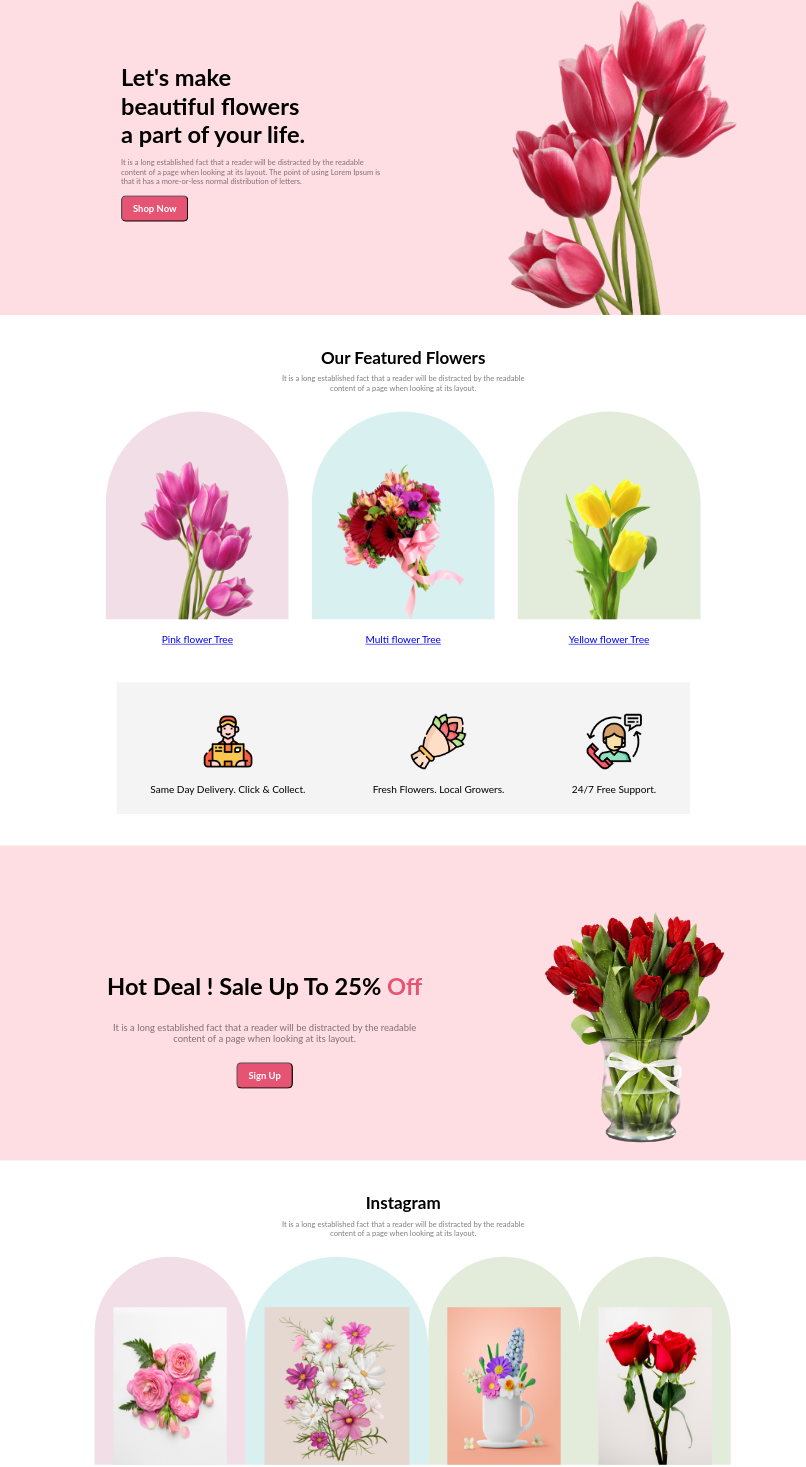
Repository: sadiaafsana138/Flower-Shop_Responsive
Page: index.html
The author's editor kept a copy of each file at every save. The page is drawn from the files as they stood at one save, then again after the next save.
The browser window is 1280 px wide. The pictures show the whole page, at 63% of full size.

Above is the page before, as saved 2023-08-30 05:54:57.

### index.html
<!DOCTYPE html>
<html lang="en">

<head>
    <meta charset="UTF-8">
    <meta name="viewport" content="width=device-width, initial-scale=1.0">
    <title>Flower Shop</title>
    <link rel="stylesheet" href="Flower.css">
</head>

<body>
    <header>
        <section class="Section1">
            <div>
                <div id="HeaderText1">
                    <h1>
                        Let's make<br>beautiful flowers<br>a part of your life.
                    </h1>
                </div>
                <div id="HeaderText2">
                    <p>
                        It is a long established fact that a reader will be distracted by the readable<br>content of a
                        page when looking at its layout. The point of using Lorem Ipsum is<br>that it has a more-or-less
                        normal distribution of letters.
                    </p>
                </div>
                <button class="Main_button">
                    Shop Now
                </button>
            </div>
            <div>
                <img src="Images/1.png" alt="Cover image" height="500px" width="400px">
            </div>
        </section>
    </header>
    <main>
        <section class="Section2">
            <div>
                <div id="Section_2_header1">
                    <h1>
                        Our Featured Flowers
                    </h1>
                </div>
                <div>
                    <p id="Section_2_header2">
                        It is a long established fact that a reader will be distracted by the readable<br>content of a
                        page when looking at its layout.
                    </p>
                </div>
            </div>
            <div class="Section_2_pictures">
                <div id="sec2_pic1">
                    <img src="Images/2.png" alt="" height="250px" width="180px">
                    <br>
                    <br>
                    <a href="https://flowersourcebd.com/" target="_blank">
                        Pink flower Tree
                    </a>
                </div>
                <div id="sec2_pic2">
                    <img src="Images/3.png" alt="" height="250px" width="230px">
                    <br>
                    <br>
                    <a href="https://flowersourcebd.com/" target="_blank">
                        Multi flower Tree
                    </a>
                </div>
                <div id="sec2_pic3">
                    <img src="Images/4.png" alt="" height="250px" width="180px">
                    <br>
                    <br>
                    <a href="https://flowersourcebd.com/" target="_blank">
                        Yellow flower Tree
                    </a>
                </div>
            </div>
        </section>
        <section class="Section3">
            <div class="Sec3_pic">
                <div>
                    <img src="Images/5.png" alt="">
                    <br>
                    <br>
                    <p>Same Day Delivery. Click & Collect.</p>
                </div>
                <div>
                    <img src="Images/6.png" alt="">
                    <br>
                    <br>
                    <p>Fresh Flowers. Local Growers.</p>
                </div>
                <div>
                    <img src="Images/7.png" alt="">
                    <br>
                    <br>
                    <p>24/7 Free Support.</p>
                </div>
            </div>
        </section>
        <section class="Section4">
            <div>
                <div id="Sec4_text1">
                    <h1>
                        Hot Deal ! Sale Up To 25% <span id="off_color">Off</span>
                    </h1>
                </div>
                <br>
                <div id="Sec4_text2">
                    <p>
                        It is a long established fact that a reader will be distracted by the readable<br>content of a page when looking at its layout.
                    </p>
                </div>
                <br>
                <button class="Main_button">
                    Sign Up
                </button>
            </div>
            <div id="sec4_vas">
                <img src="Images/8.png" alt="" height="380px" width="300px">
            </div>
        </section>
        <section class="Section5">
            <div>
                <div id="Section_2_header1">
                    <h1>
                        Instagram
                    </h1>
                </div>
                <div>
                    <p id="Section_2_header2">
                        It is a long established fact that a reader will be distracted by the readable<br>content of a
                        page when looking at its layout.
                    </p>
                </div>
            </div>
            <div class="Section_2_pictures">
                <div id="sec2_pic1">
                    <img src="Images/9.png" alt="" height="250px" width="180px">
                </div>
                <div id="sec2_pic2">
                    <img src="Images/10.png" alt="" height="250px" width="230px">
                </div>
                <div id="sec2_pic3">
                    <img src="Images/11.png" alt="" height="250px" width="180px">
                </div>
                <div id="sec2_pic3">
                    <img src="Images/12.png" alt="" height="250px" width="180px">
                </div>
            </div>
        </section>
        <section class="Section6"></section>
        <section class="Section7"></section>
        <section class="Section8"></section>
    </main>
    <footer>

    </footer>
</body>

</html>

### Flower.css
*{
    margin:0px;
    font-family: Lato;
    font-style: normal;
}
/*Section 1*/
.Section1{
    background-color: rgb(255, 222, 227);
    height:500px;
    width: 100%;
    display: flex;
    justify-content: space-around;
}
#HeaderText1{
    padding: 100px 70px 5px 100px;
    font-size:  25px;
    font-weight: 800;

}
#HeaderText2{
    padding: 10px 0px 5px 100px;
    font-size:  12px;
    font-weight: 400;
    color:rgba(39, 39, 39, 0.60);
}
.Main_button{
    border-radius: 8px;
    background: #E55473;
    color: #FFF;
    font-size: 15px;
    font-weight: 700;
    padding: 10px 17px;
    margin: 10px 0px 0px 100px;
}
/*Section 2*/
#Section_2_header1{
    padding: 50px 0px 10px 0px;
    font-size:  18px;
    font-weight: 800;
    text-align: center;
}
#Section_2_header2{
    font-size:  12px;
    font-weight: 400;
    color:rgba(39, 39, 39, 0.60);
    text-align: center;
}
.Section_2_pictures{
    margin: 30px 150px 0px;
    justify-content: space-around;
    display: flex;
}
#sec2_pic1{
    border-radius: 300px 300px 0px 0px;
    background: rgba(167, 33, 98, 0.15);
    height:250px ;
    width: 230px;
    padding: 80px 30px 0px 30px;
    text-align: center;
}
#sec2_pic2{
    border-radius: 300px 300px 0px 0px;
    background:rgba(5, 151, 160, 0.15);
    height: 250px;
    width: 230px;
    padding: 80px 30px 0px 30px;
    text-align: center;
}
#sec2_pic3{
    border-radius: 300px 300px 0px 0px;
    background: rgba(71, 125, 17, 0.15);
    height: 250px;
    width: 230px;
    padding: 80px 30px 0px 30px;
    text-align: center;

}
/*Section 3*/
.Sec3_pic{
    background: rgba(39, 39, 39, 0.05);
    margin: 100px 185px 0px;
    padding: 50px 0px 30px;
    justify-content: space-around;
    display: flex;
    text-align: center;
}
/* Section 4 */
.Section4{
    margin-top: 50px;
    background-color: rgb(255, 222, 227);
    height:500px;
    width: 100%;
    display: flex;
    justify-content: space-around;
    text-align: center;
}
#Sec4_text1{
    padding: 200px 70px 5px 170px;
    font-size:25px;
    font-weight: 800;
}
#Sec4_text2{
    padding: 10px 0px 0px 100px;
    font-size:  15px;
    font-weight: 400;
    color:rgba(39, 39, 39, 0.60);
}
#off_color{
    color: #E55473;
}
#sec4_vas{
    padding: 100px 120px ;
}

After the next save:
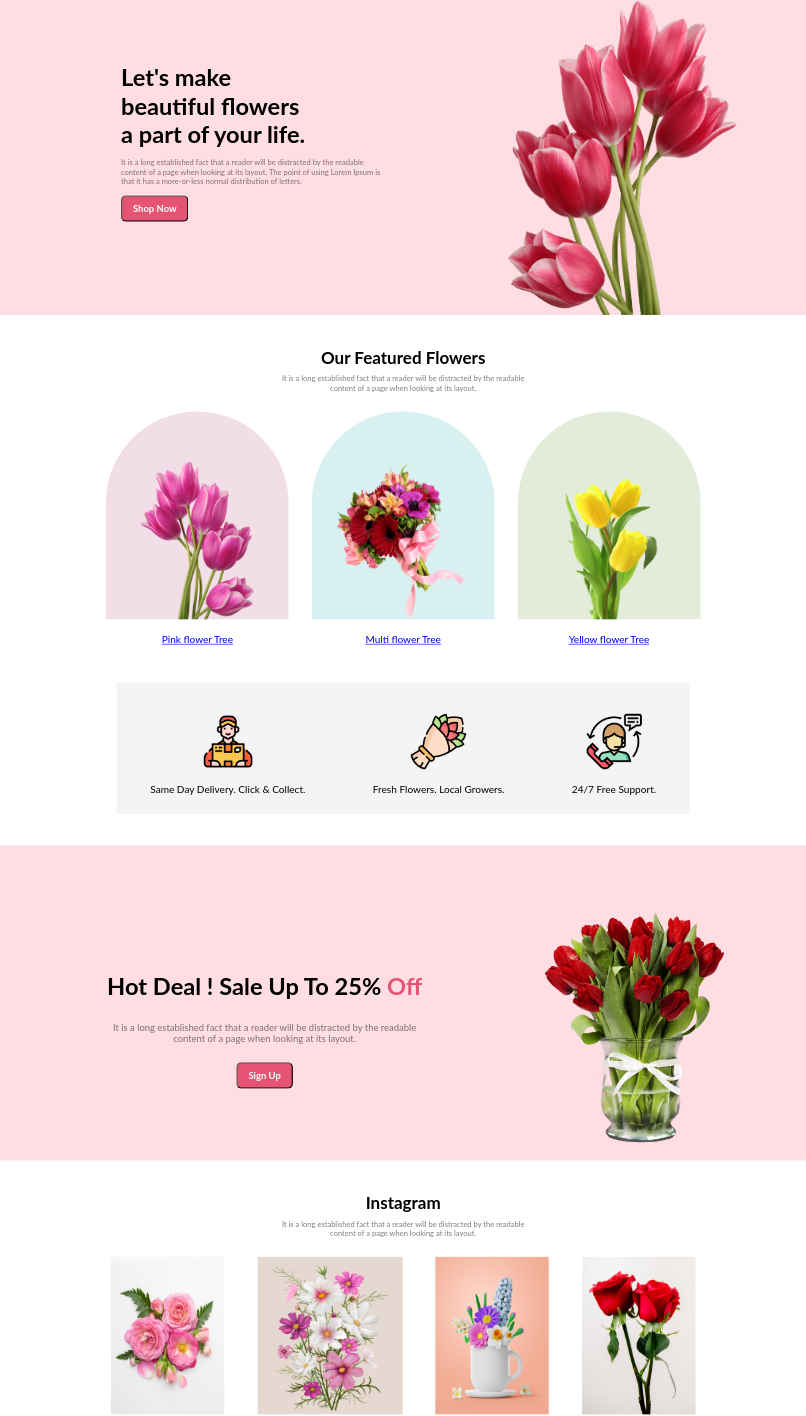
Saved 44 s later.
--- a/index.html
+++ b/index.html
@@ -134,16 +134,16 @@
                 </div>
             </div>
             <div class="Section_2_pictures">
-                <div id="sec2_pic1">
+                <di>
                     <img src="Images/9.png" alt="" height="250px" width="180px">
-                </div>
-                <div id="sec2_pic2">
+                </di>
+                <div>
                     <img src="Images/10.png" alt="" height="250px" width="230px">
                 </div>
-                <div id="sec2_pic3">
+                <div>
                     <img src="Images/11.png" alt="" height="250px" width="180px">
                 </div>
-                <div id="sec2_pic3">
+                <div>
                     <img src="Images/12.png" alt="" height="250px" width="180px">
                 </div>
             </div>
